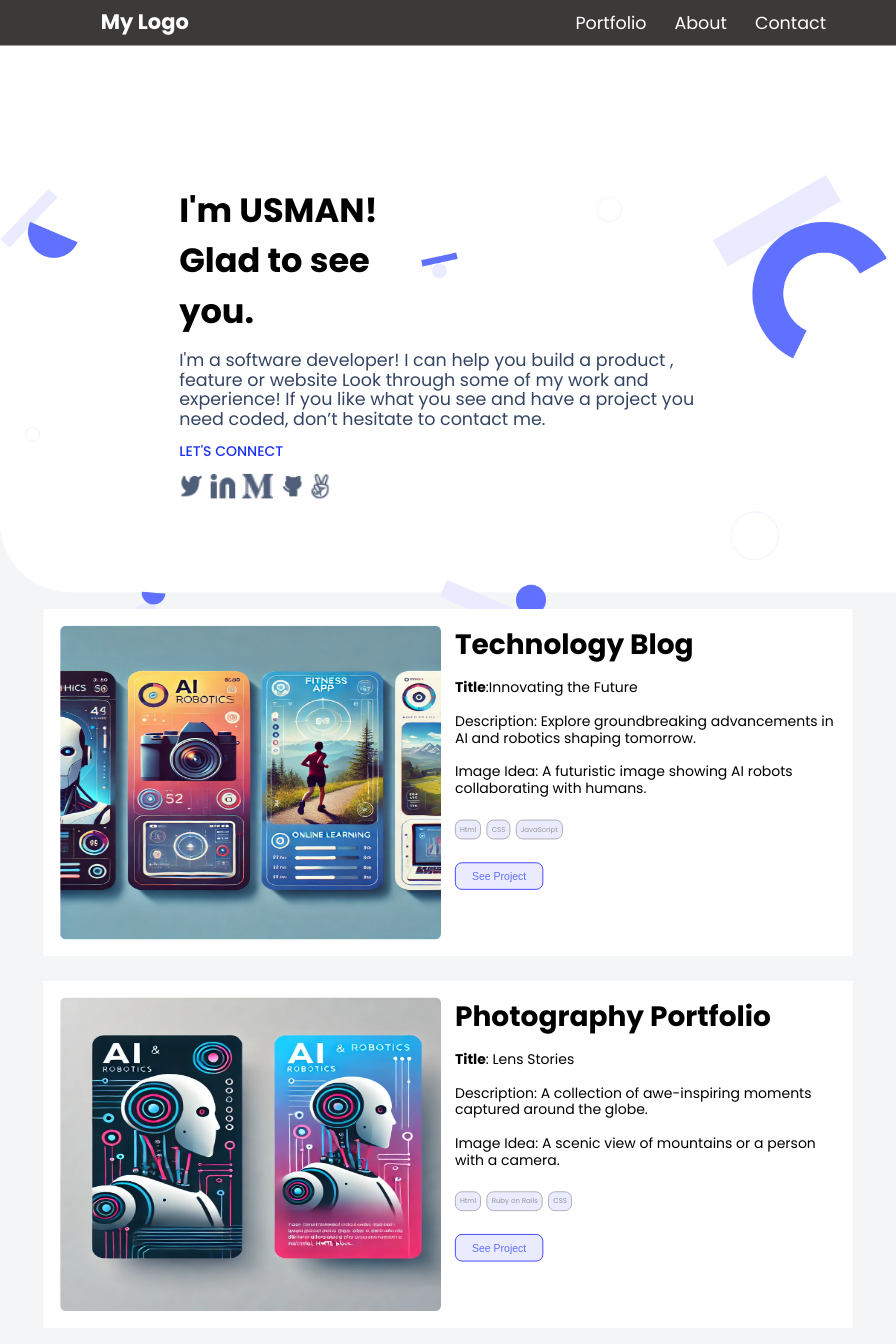
Repository: usman3123/portfolio-template-3
Page: index.html
These files come from the project's save history. The page is drawn as it stood at one moment and after the next save; the edit follows.
The browser window is 1280 px wide. The pictures show the part of the page from y = 0 to 1920 px (the page is 4283 px tall), at 70% of full size.
Some web libraries are served in a nearby version.

Above is the page before, as saved 2025-03-13 10:28:09.

### index.html
<!DOCTYPE html>
<html lang="en">
<head>
  <meta charset="UTF-8">
  <meta name="viewport" content="width=device-width, initial-scale=1.0">
  <title>project 2</title>
  <link rel="stylesheet" href="style.css">
  <link href='https://unpkg.com/boxicons@2.1.4/css/boxicons.min.css' rel='stylesheet'>
  <link rel="stylesheet" href="https://cdnjs.cloudflare.com/ajax/libs/font-awesome/6.6.0/css/all.min.css" integrity="sha512-Kc323vGBEqzTmouAECnVceyQqyqdsSiqLQISBL29aUW4U/M7pSPA/gEUZQqv1cwx4OnYxTxve5UMg5GT6L4JJg==" crossorigin="anonymous" referrerpolicy="no-referrer" />
  <link rel="stylesheet" href="https://cdnjs.cloudflare.com/ajax/libs/font-awesome/6.6.0/css/all.min.css" integrity="sha512-Kc323vGBEqzTmouAECnVceyQqyqdsSiqLQISBL29aUW4U/M7pSPA/gEUZQqv1cwx4OnYxTxve5UMg5GT6L4JJg==" crossorigin="anonymous" referrerpolicy="no-referrer" />

  <link rel="stylesheet" href="https://cdnjs.cloudflare.com/ajax/libs/font-awesome/6.7.2/css/all.min.css">
  <link rel="preconnect" href="https://fonts.googleapis.com">
<link rel="preconnect" href="https://fonts.gstatic.com" crossorigin>
<link href="https://fonts.googleapis.com/css2?family=Poppins:ital,wght@0,100;0,200;0,300;0,400;0,500;0,600;0,700;0,800;0,900;1,100;1,200;1,300;1,400;1,500;1,600;1,700;1,800;1,900&display=swap" rel="stylesheet">
</head>

<body>
<div class="herostyle"></div>
  <section class="wholebody">
    <section class="webpage">
      <!-- Navbar -->

    <div class="hero-page">
      <div class="header-div">
        <nav class="nav-bar flex">
            <h4 class="nav-heading">My Logo</h4>
            <div class="nav-links flex">
                <a  class="link">Portfolio</a>
                <a href="#myabout" class="link">About</a>
                <a href="#mycontact" class="link" >Contact</a>
            </div>
            <i class="fa-solid fa-light fa-bars fa-xl nav-icon" id="nav-icon"></i>
        </nav>
    </div>

      <!-- Main Content -->
      <section id="myportfolio" class="hero-section flex">
        <div class="hero-content flex">
            <h1 class="hero-head"> I'm USMAN!
              Glad to see you.
          </h1>
          <p class="hero-p">
            I'm a software developer! I can help you build a product , feature or website Look through  some of my work and experience! If you like what you see and have a project you need coded, don’t hesitate to contact me.
          </p>
        <p class="let-connect"> LET'S CONNECT</p>

          <div class="icons flex">
              <img src="/assets/twitter.png" class="media-icon">
              <img src="assets/Linkedin.png" class="media-icon">
              <img src="assets/M.png" class="media-icon">
              <img src="assets/Github.png" class="media-icon">
              <img src="assets/V.png" class="media-icon">
          </div>
        </div>
      </section>

    </div>
      <!-- Cards Section -->

      <div class="overlay">
        <section class="cards flex">

        </section>

      </div>

      <!-- ABOUT MYSELF -->

      <section id="myabout" class="about flex">

        <div class="about-intro flex">
          <h1 class="about-head">About Myself</h1>
          <p class="about-paragraph">Hello I'm a software developer! I can help you build a product , feature or website Look through some of my work and experience! If you like what you see and have a project you need coded, don't hesitate to contact me.</p>
            <p class="connect">Let's Connect</p>
            <div class="icons flex icon-gap">
              <img src="assets/twitter.png" class="twitter">
              <img src="assets/Linkedin.png" class="inimage">
              <img src="assets/M.png" class="mimage">
              <img src="assets/Github.png" class="tomimage">
              <img src="assets/V.png" class="protocol">
          </div>
          <button class="content-btn rsm-btn"> Get my resume</button>
        </div>

        <div class="about-skills flex">
          <div class="clicker">
            <div class="about-all flex">
              <p>Languages</p>
              <i class='bx bx-chevron-down remove downicon'></i>
              <i class='bx bx-chevron-right  language-icon'></i>
            </div>
            <div class="about-lang-languages flex">
              <div class="about-lang-img1 flex">
                <i class="fa-brands fa-js sty-i" style="color: #ff0000;"></i>
                <p class="stylee">JavaScript</p>
              </div>
              <div class="about-lang-img1 flex">
                <i class="fa-brands fa-html5 sty-i" style="color: #FFD43B;"></i>
                <p class="stylee">Html</p>

              </div>
              <div class="about-lang-img1 flex">
                <i class="fa-brands fa-css3-alt sty-i" style="color: #74C0FC;"></i>
                <p class="stylee">css</p>
              </div>
            </div>
          </div>
          <div class="about-all flex">
            <p> Frameworks</p>
            <i class='bx bx-chevron-down remove ficon'></i>
            <i class='bx bx-chevron-right  frame-icon'></i>
          </div>
          <div class="about-lang-frameworks flex">
            <div class="about-lang-img2 flex">
              <i class="fa-brands fa-bootstrap icon-style" style="color: #075ef2;"></i>
              <p class="stylee">bootStrap</p>
            </div>
            <div class="about-lang-img2 flex">
              <i class="fa-solid fa-gem icon-style" style="color: #ff0000;"></i>
              <p class="stylee">Ruby on Rails</p>
            </div>
            <div class="about-lang-img2 flex">
              <i class="fa-brands fa-react icon-style" style="color: #437ddf;"></i>
              <p class="stylee">React.js</p>
            </div>
          </div>
          <div class="about-all flex">
            <p>Skills</p>
            <i class='bx bx-chevron-down remove sicon'></i>
            <i class='bx bx-chevron-right  skill-icon'></i>
          </div>
          <div class="about-lang-skills flex">
            <div class="about-lang-img2 flex">
              <i class="fa-brands fa-figma icon-style" style="color: #5719e6;"></i>
              <p class="stylee">Figma</p>
            </div>
            <div class="about-lang-img2 flex">
              <i class="fa-brands fa-github icon-style"></i>
              <p class="stylee">Github</p>
            </div>
            <div class="about-lang-img2 flex">
              <i class="fa-brands fa-git-alt icon-style" style="color: #e75608;"></i>
              <p class="stylee">Git</p>
            </div>
          </div>
        </div>
      </section>


      <!-- Contact section -->

        <section id="mycontact" class="contact-section flex">
        <h1 class="contact-heading">Contact Me</h1>
        <p class="contact-description flex">
            If you have an application you are interested in developing, a feature that you need built, or a project that needs coding, I'd love to help with it!
        </p>
        <form class="contact-form flex">
            <input class="form-input" type="text" placeholder="Your Name">
            <input class="form-input" type="email" placeholder="Your Email">
            <textarea class="form-message" placeholder="Write your message here..."></textarea>
            <button class="form-button flex">Get in Touch</button>
        </form>

    </section>
    </section>

  </section>
  <div class="container"></div>
<script src="index.js"></script>
</body>
</html>

### style.css
*{
    margin: 0;
    padding: 0;
    box-sizing: border-box;
}

body {
    font-family: "Poppins", "Lucida sans", sans-serif;
    background-color: #f4f5f7;
    font-size: 16px;
    transition: 0.3s ease-in-out all;
}


.flex {
    display: flex;
}

.wholebody{
    display: flex;
    justify-content: center;
}

/* nav-bar */

.header-div {
    background-color: #3c3a39;
    width: 100%;
}

.nav-bar {
    justify-content: space-between;
    color: white;
    max-width: 1204px;
    align-items: center;
    padding: 10px 24px;
}

.nav-heading {
    font-size: 30px;
    padding-left: 120px;
}

.nav-links {
    gap: 40px;
    align-items: center;
    font-size: 25px;
    display: none;
}
.nav-icon {
    display: flex;
    width: 24px;
}



/* hero-section */

.hero-page {
    background-color: white;
    max-height: 846px;
    height: 100%;
    max-width: 1440px;
    border-bottom-left-radius: 100px;
}

.blur {
    backdrop-filter: blur(8px);
    z-index: 100;
}
.end-dash {
    width: 20px;
}

.overlaystyle {
    background-color: #7e8bff;
    height: 100vh;
    animation-name: slow;
    animation-duration: 2s;
    animation-iteration-count: 1;
    transition: filter 3s ease;
    width: 100%;
}
@keyframes slow {
    form{
top: 250px;
    }
    to {
bottom: 2500px;
    }
}

.links-after-click {
    display: flex;
    flex-direction: column;
    justify-content: center;
    gap: 35px;
    font-size: 30px;
    color: white;
    padding: 140px 0 0 24px;
    position: relative;
}

.links-after-click ::before {
    content: "";
    width: 290px;
    top: 540px;
    height: 4px;
    background-color: black;
    position: absolute;
    padding-left: 30px;
}
.hero-section {
    height: 846px;
    align-items: center;
    justify-content: center;
    padding-left: 20%;
    background-image: url(/assets/Header\ bg@2x.png);
    background-size: contain;
    background-position: bottom;
    background-repeat: no-repeat;
}
.hero-content {
    flex-direction: column;
    gap: 20px;
}

.hero-head {
    font-size: 48px;
    font-weight: 700;
    width: 35%;
}

#closepopup {
    font-size: 30px;
    color: white;
    padding: 24px 0 0 325px;
}

#close-popup {
    font-size: 20px;
    color: white;
    border: 1px solid black;
    background-color: black;
    height: 26px;
    border-radius: 15px;
    width: 28px;
    display: flex;
    align-items: center;
    justify-content: center;
}

.hero-p {
    font-size: 25px;
    line-height: 28px;
    color: #344563;

    width: 73%;
}

.let-connect {
    color: #1d32f7;
    font-size: 20px;
    font-weight: 500;
    line-height: 24px;
}

.media-icon {
    height: 35px;
    transition: 0.3s ease-in-out all;
}

.icons {
    gap: 10px;
}

.nav-head {
    max-width: 1440px;
    width: 100%;
}
.enable {
    color: blue;
}
.link {
    color: white;
    text-decoration: none;
}

/* card-section */

.cards {
    flex-direction: column;
    align-items: center;
    gap: 35px;
    padding: 24px;
    position: relative;
}
.card {
    background-color: white;
    max-width: 1156px;
    max-height: 496px;
    width: 100%;
    padding: 24px;
    gap: 20px;
}
.card-img {
    max-width: 544px;
    width: 50%;
    border-radius:8px ;
}

.card-content {
    flex-direction: column;
    gap: 24px;
}

.card-head {
    font-size: 40px;
    font-weight: 700;
    line-height: 52px;
}
#photo-content {
    font-size: 40px;
    font-weight: 700;
    line-height: 52px;
}
.content-p {
    font-size: 20px;
    font-weight: 400;
    line-height: 24px;
}
.content-sp {
    font-size: 20px;
    font-weight: 400;
    line-height: 24px;
}

.languages {
    gap: 8px;
    align-items: center;
}

.lang {
    padding: 4px 12px;
    color: #6070ff;
    background-color: #ebebff;
    border-radius: 10px;
}

.content-btn {
    max-width: 126px;
    width: 100%;
    padding: 4px 12px;
    color: #6070ff;
    background-color: #ebebff;
    border-radius: 10px;
    padding: 10px;
    border: 1px solid blue;
    font-size: 15px;
}

/* about-section */

.about {
    padding: 10%;
    gap: 30px;
}

.about-intro {
    flex-direction: column;
    max-width: 447px;
    max-height: 331px;
    gap: 9px;
}

.about-head {
    font-size: 30px;
    font-weight: 700;
    line-height: 52px;
}
.about-paragraph {
    font-size: 16px;
    line-height: 24px;
}
.connect {
    color: #6070ff;
    font-size: 25px;
}

.about-skills {
    max-width: 684px;
    flex-direction: column;
    width: 100%;
    gap: 20px;
}

.about-all {
    justify-content: space-between;
    font-size: 25px;
}
.stylee {
    font-size: 20px;
}
.about-lang-languages {
    gap: 20px;
    padding: 12px;
    display: none;
}
.about-lang-frameworks {
    gap: 20px;
    padding: 12px;
    display: none;
    flex-direction: column;
}
.about-lang-skills {
    gap: 20px;
    padding: 12px;
    display: none;
    flex-direction: column;
}
.about-lang-img1 {
    gap: 30px;
    flex-direction: column;
}

.about-lang-img2 {
    gap: 30px;
}
.icon-style {
    font-size: 60px;
}
.sty-i {
    font-size: 80px;
}
.about-lang-img > p {
    font-size: 25px;
}
.contact-section {
    flex-direction: column;
    align-items: center;
    gap: 24px;
    background-color: #6070ff;
    background-image: url(/assets/contact\ form\ background\ shapes@2x.png);
    background-size: contain;
    background-repeat: no-repeat;
    border-top-left-radius: 100px;
    padding: 100px 24px;
}
.contact-heading {
    font-size: 3rem;
    font-weight: 700;
    line-height: 5.2rem;
    color: white;
}
.contact-description {
    max-width: 569px;
    font-size: 1.5rem;
    text-align: center;
    color: white;
    max-height: 137px;

}
.contact-form {
    gap: 27px;
    flex-direction: column;
    max-width: 447px;
    width: 100%;
    align-items: center;
}

.form-input {
    padding: 15px 16px;
    background-color: white;
    color: black;
    font-size: 20px;
    width: 100%;
}
.form-message {
    color: black;
    font-size: 20px;
    padding: 15px 16px;
    height: 170px;
    width: 100%;
}
.form-button {
    padding: 12px 15px;
    color: blue;
    font-size: 17px;
    font-weight: 500;
    align-items: center;
    width: 130px;
}
html {
    font-size: 62.5%;
}

.container {
    max-width: 1156px;
    width: 100%;

}

.inner-container {
    padding: 24px;
    width: 100%;
    height: 100%;
    max-width: 1156px;
    max-height: 1163px;
    position: absolute;
    top: 228%;
    left: 50%;
    transform: translate(-50%,-50%);
    background-color: white;
}
.overlay {
    width: 100%;
    height: 100%;
    background: #f4f5f7;
    backdrop-filter: blur(8px);
    display: contents;
}
.remove {
    display: none !important;
}

.block {
    display: flex !important;
}

.blur {
    filter: blur(15px);
}
.heading > h2{
    align-items: center;
    justify-content: space-between;
}

.languages {
    gap: 8px;
}


.wrapimg {
    width: 100%;
    height: 60.3%;
    max-width: 1108px;
    max-height: 586px;
}

.p3 {
    display: none;
}

.paragraph {
    color: #344563;
    font-size: 2rem;
    text-wrap: wrap;
}

.btnimg {
    width: 20px;
    height: 20px;
}

.livebtn {
    width: 43.6%;
    height: 48px;
    gap: 20px;
    padding: 12px 16px;
    background-color: #36B37F;
    color: white;
    font-size: 17px;
    align-items: center;
}

.sourcebtn {
    width: 49%;
    height: 48px;
    gap: 20px;
    padding: 12px 16px;
    background-color: #36B37F;
    color: white;
    font-size: 17px;
    align-items: center;
}

.livebtn > p {
    font-size: 1.7rem;
    line-height: 2.4rem;
    font-weight: 700;
}

.buttons {
    width: 311px;
    height: 56px;
    gap: 24px;
    margin-top: 30px;
}

.btnimg {
    filter: brightness(0) invert(1);
}

.languages {
    padding: 9px 0;
}

.heading > h2 {
    font-size: 32px;
    line-height: 44px;
}
.icon-head {
    justify-content: space-between;
    font-size: 3rem;
    text-align: center;
}
.lang {
    font-size: 1rem;
    color: #979493;
    padding: 5px 6px;
    border: 1px solid #979493;
}

.style {
    position: fixed;
    transform: translate(-50%,-50%);
    top: 50%;
}

@media (max-width :600px) {
    .p1 {
     display: none;;
    }

    .p2 {
        display: none;
    }

    .p3 {
        display: block;
    }

    .wrap {
        flex-direction: column;
        padding-top: 20px;
    }

    .wrapimg {
        width: 100%;
        height: 29.3%;
        max-width: 872px;
        max-height: 616px;
    }
    .inner-container {
        height: 75%;
    }
    .heropage {
        border-radius: 0;
    }
}








@media (max-width : 1100px) {
    .hero-head {
        width: 53%;
    }
    .card-head {
        font-size: 2rem;
    }
    #photo-head {
        font-size: 27px;
    }
    .content-p {
        font-size: 15px;
    }
    .content-sp {
        font-size: 15px;
        display: none;
    }
    .card-content {
        gap: 20px;
    }

}
@media (max-width :870px) {
    .card {
        flex-direction: column;
        max-height: 552px;
        padding: 25px;
    }
    .card {
        max-width: 327px;
    }
    .about {
        flex-direction: column;
    }
    .nav-heading {
        padding-left: 0px;
    }


}
@media (max-width : 870px) {
    .hero-head {
        width: 100%;
        font-size: 40px;
    }
    .hero-section {
        padding: 24px;
    }
    .hero-p {
        width: 100%;
    }
    .card-img {
        width: 100%;
        height: 18vh;
    }
    .card-content {
        gap: 2px;
    }
}
@media (min-width : 700px) {
    .nav-links {
        display: flex;
    }
    #nav-icon {
        display: none;
    }

}
@media (min-width : 1441px) {
    .card-content {
        gap: 30px;
    }
}

Loaded but not shown: index.js (340 lines, source omitted)

After the next save:
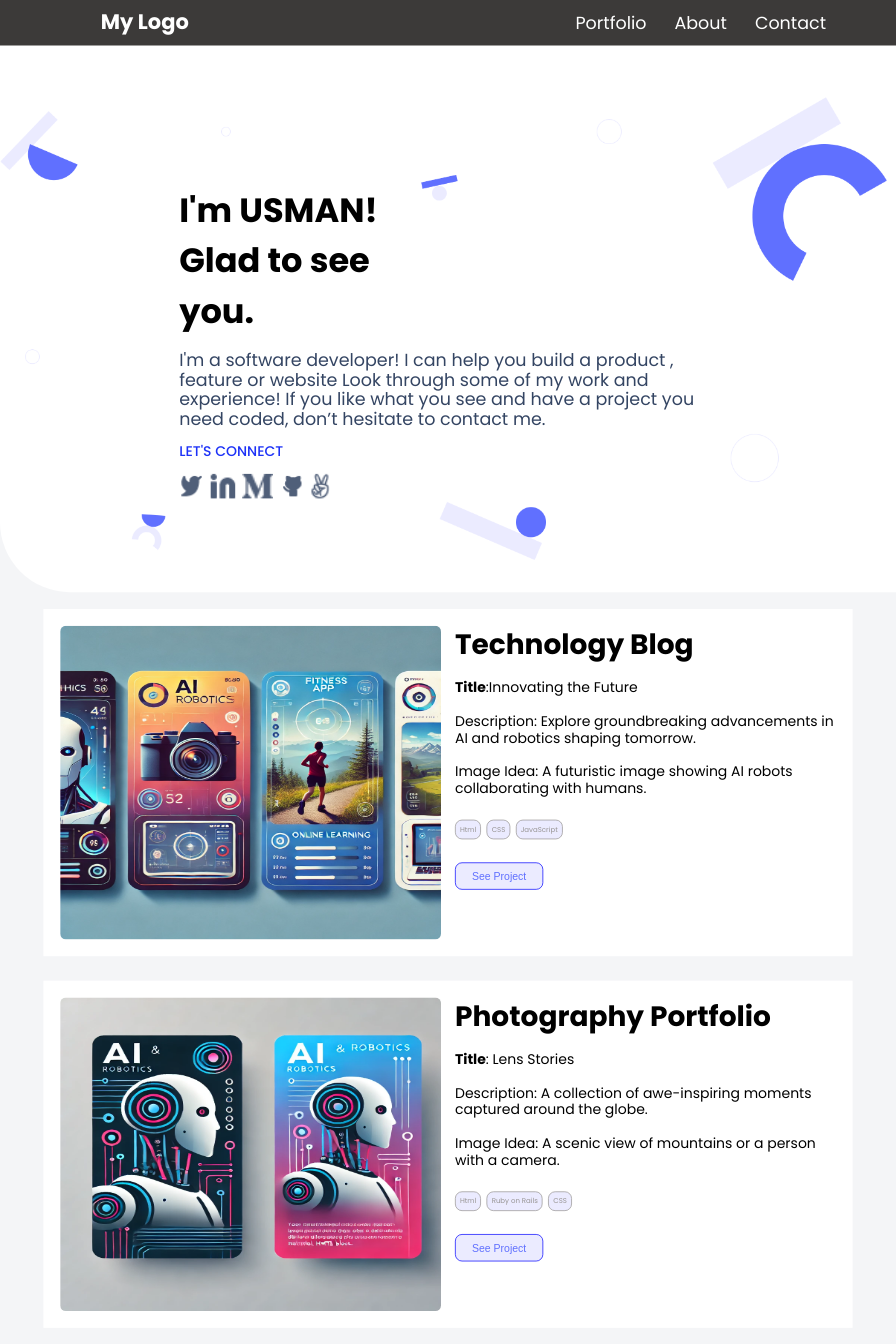
Saved 49 s later.
--- a/style.css
+++ b/style.css
@@ -117,7 +117,7 @@ bottom: 2500px;
     padding-left: 20%;
     background-image: url(/assets/Header\ bg@2x.png);
     background-size: contain;
-    background-position: bottom;
+    background-position: 40% 40%;
     background-repeat: no-repeat;
 }
 .hero-content {
